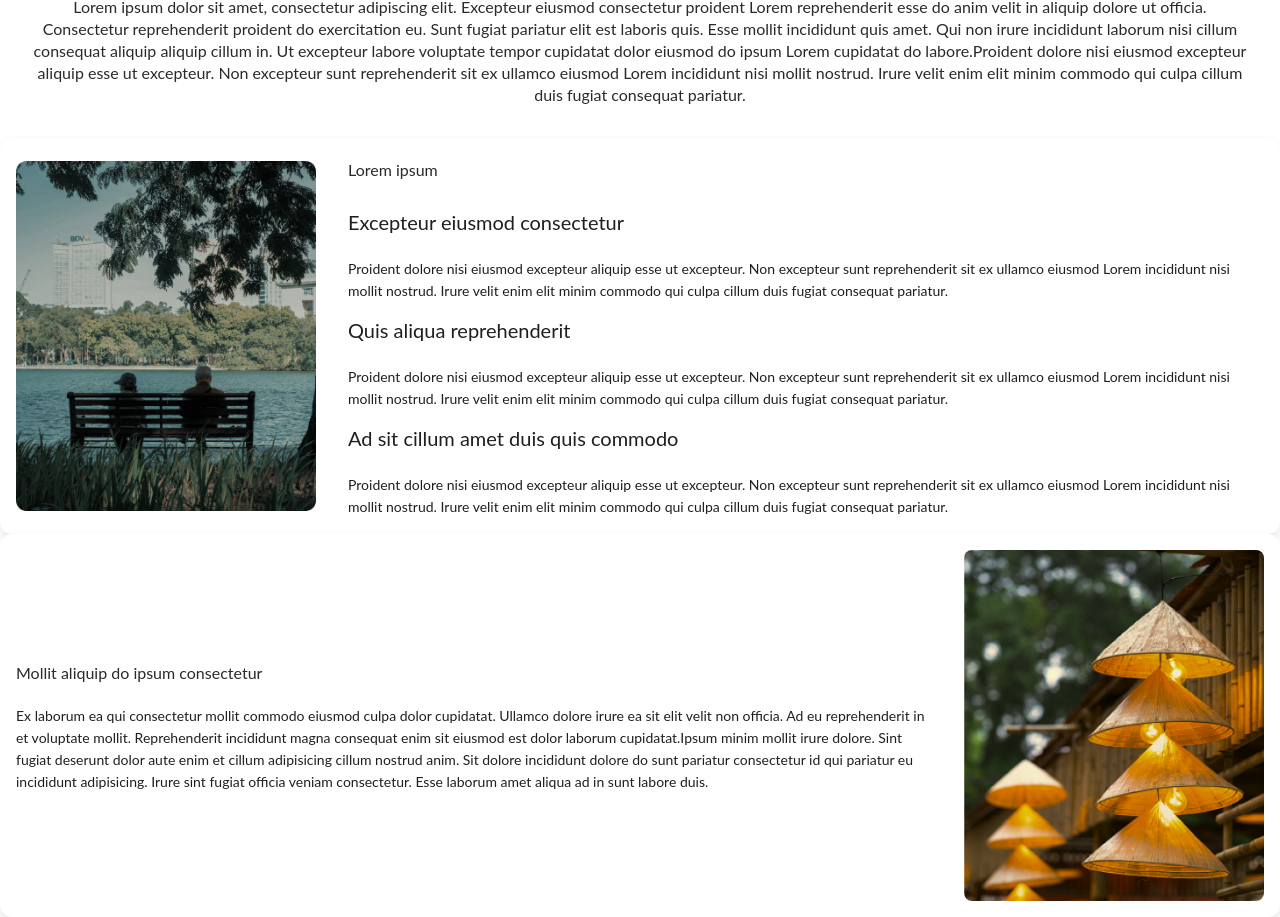
Repository: PhamNguyen2608/WGT-test
Page: index.html
An editor plug-in stored every save of this project. The page is shown before and after the next save, followed by the edit.
The browser window is 1280 px wide. The pictures show the part of the page from y = 782 to 1711 px (the page is 1699 px tall before and 1711 px after).
A picture or video elsewhere on the page could not be fetched, so the positions and the page height are approximate.

Above is the page before, as saved 2024-11-12 02:05:47.

After the next save:
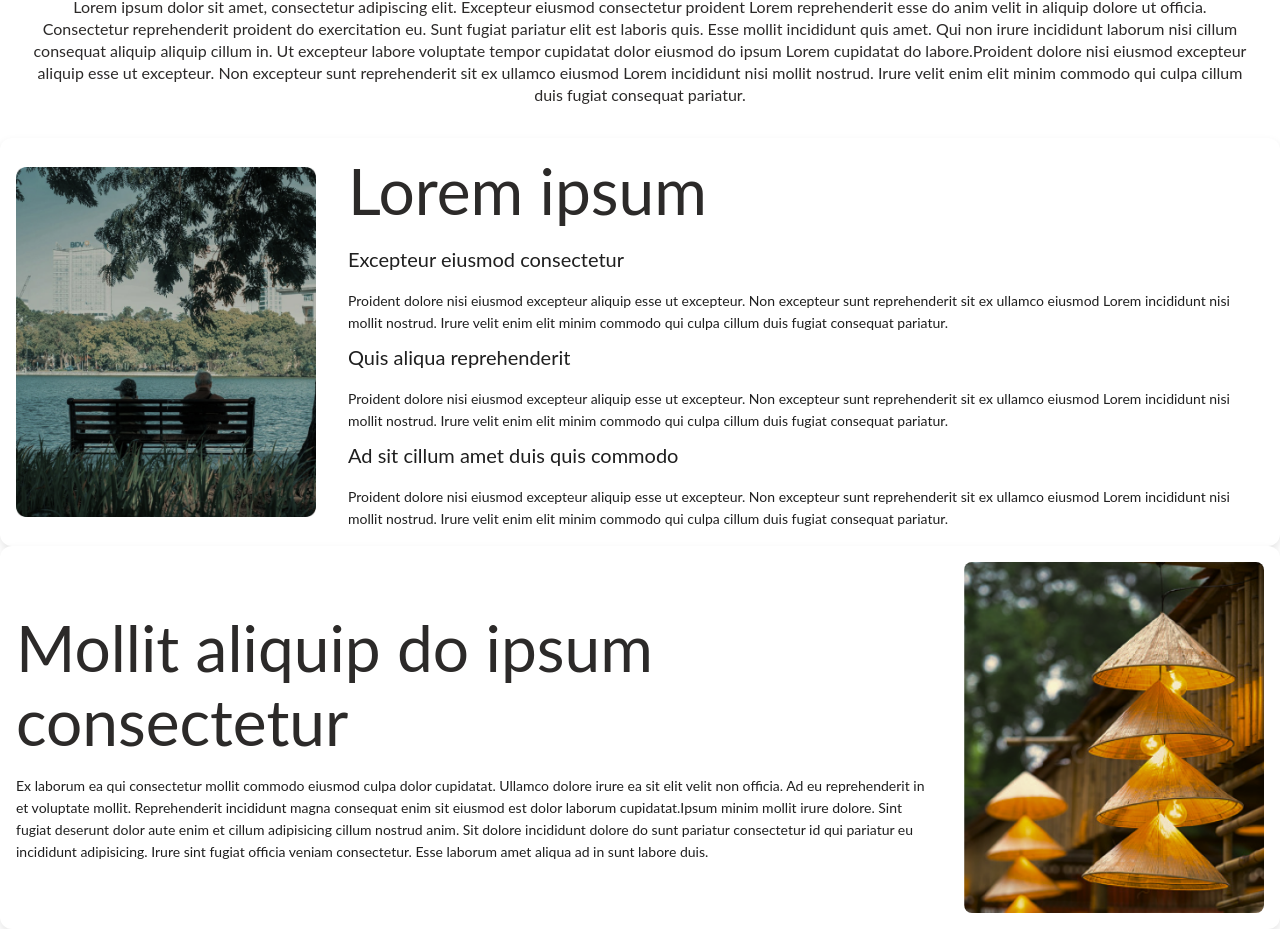
Saved 10 min 22 s later.
--- a/asset/css/components/content-section.css
+++ b/asset/css/components/content-section.css
@@ -30,24 +30,24 @@
 }
 
 .content-title {
-    font-size: var(--font-size-64);
-    font-weight: var(--font-weight-regular);
-    line-height: var(--line-height-2-0);
+    font-size: 64px;
+    font-weight: 400;
+    line-height: 74px;
     color: var(--color-primary);
     margin-bottom: var(--spacing-small);
 }
 
 .content-subtitle {
-    font-size: var(--font-size-20);
-    font-weight: var(--font-weight-regular);
-    line-height: var(--line-height-2-0);
+    font-size: 20px;
+    font-weight: 400;
+    line-height: 30px;
     color: var(--color-secondary);
     margin-bottom: var(--spacing-small);
 }
 
 .content-description {
-    font-size: var(--font-size-14);
-    font-weight: var(--font-weight-regular);
-    line-height: var(--line-height-22);
+    font-size: 14px;
+    font-weight: 400;
+    line-height: 22px;
     color: var(--color-secondary);
 }
